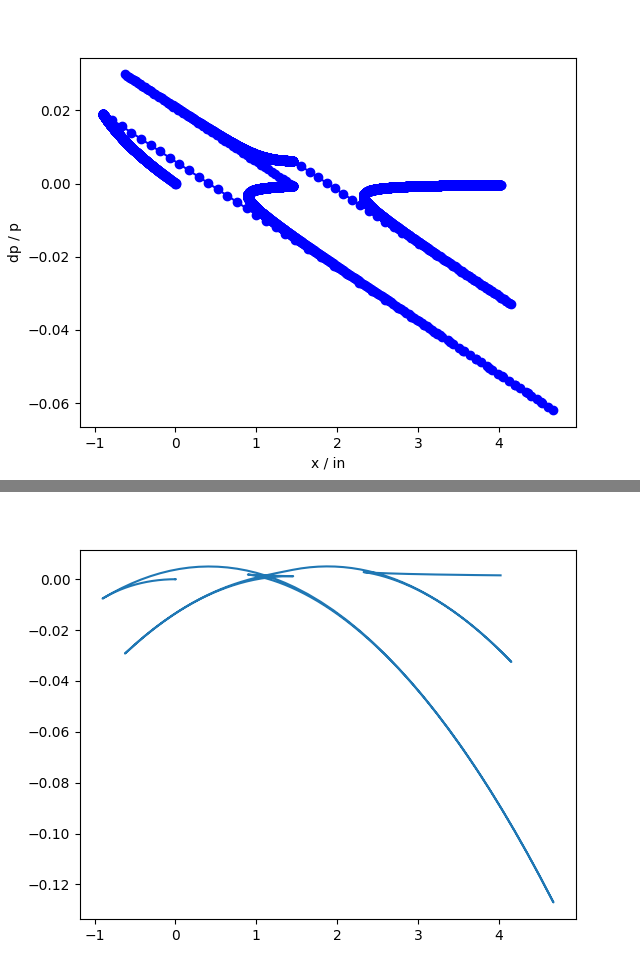
Repository: leiradom/Modified-linear-theory
Script's output: python 3_Shock_correction.py
An editor plug-in stored every save of this project. The script's output is shown before and after the next save, followed by the edit.
Each picture stacks the figures in order, with grey between them; figures that are only written to a file come last. Random numbers start from a fixed seed.

Above is the script's output before, as saved 2021-05-04 15:24:16.

### 3_Shock_correction.py
'''
激波修正
本程序用于修正激波的非线性扭曲效应，修正方法为HB方法
'''

import math
import numpy as np
import matplotlib.pyplot as plt

pressure = np.loadtxt("pressuremodel14.txt",dtype=np.float64)   #存放未修正的压力信号
a = len(pressure)                                              #未加点时的点数

X = np.ones(a,dtype=np.float64)     #存放x的数组 用于加点用的横坐标数组
Y = np.ones(a,dtype=np.float64)     #存放y的数组 用于加点用的纵坐标数组
X1 = np.zeros(1,dtype=np.float64)
Y1 = np.zeros(1,dtype=np.float64)
b0 = 20                             #每一个 较大的距离之间增加的点数
x0 = np.zeros(b0+1,dtype=np.float64)
y0 = np.zeros(b0+1,dtype=np.float64)

#先将未修正压力信号存入X,Y中
for i in range(0,a):
    c = pressure[i][0]
    d = pressure[i][1]
    #ca = cau[i][1]
    X[i] = c
    Y[i] = d
'''
#没问题
X0 = X
Y0 = Y
'''

#------------1先找出第一个强间断的地方,已经核实，l0没有问题
for i0 in range(0,a-1):
    if(math.sqrt((X[i0+1] - X[i0])**2 + (Y[i0+1] - Y[i0])**2) >0.3):   #1.3
    #if((X[i+1] - X[i]) * (Y[i+1] - Y[i])):
        #px = i0                            #记录此时的i
        #print(px,X[i0])
        l00 = math.sqrt((X[i0+1] - X[i0])**2 + (Y[i0+1] - Y[i0])**2)
        l0 = l00 / 20                     #判断是否要插值的距离 只要大于20倍的最大距离，就要增加点数
        #h0 = ((X[i0+1] - X[i0])/(b0))
        #k0 = ((Y[i0+1] - Y[i0])/(X[i0+1] - X[i0]))  #两点间的斜率
        '''
        #x0[0] = X[i0]
        #y0[0] = Y[i0]
        for j in range(1,b0):
            x0[j] = x0[j-1] + h0
            y0[j] = y0[j-1] + k0 * (x0[j] - x0[j-1])
            print(x0[j],y0[j])
        for k in range(1,b0):
            X = np.insert(X,i0+k,x0[k])
            Y = np.insert(Y,i0+k,y0[k])
        #print(Y[i0]+k0*h0)
        '''
        break
#------------print(l00) #检验是不是，验证了，就是

#print(l0)


#2---------------------给距离较大的地方都进行加点
for i in range(0,a-1):
    #li = math.sqrt((X[i+1] - X[i])**2 + (Y[i+1] - Y[i])**2)
    k0 = ((Y[i+1] - Y[i])/(X[i+1] - X[i]))  #两点间的斜率
    h0 = ((X[i+1] - X[i])/(b0))   #每一个都离散成b个点
    x0[0] = X[i]
    X1 = np.append(X1,x0[0])
    y0[0] = Y[i]
    Y1 = np.append(Y1,y0[0])
    for j in range(1,b0):
        x0[j] = x0[j-1] + h0
        X1 = np.append(X1,x0[j])
        y0[j] = y0[j-1] + k0 * (x0[j] - x0[j-1])
        Y1 = np.append(Y1,y0[j])
    #X1 = np.append(X1,x0)
    #Y1 = np.append(Y1,y0)
    #print(a)
    #p0 = i

a0 = (len(X1))

#-------积分部分----------
F = np.ones(a0, dtype=np.float64)
F[0] = 0
F[a-1] = 0
s = 0
for i in range(0,a0-1):
    #if(X[i+1]>X[i]):
    s0 = 0.5 * (X1[i+1] - X1[i]) * (Y1[i+1] + Y1[i])
    #s0 = (((Y0[j+1] + Y0[j]) * (X[j + 1] - X[j])) / (2))    #第(j+1)个梯形的面积
    s = s0 + s    #S为最后的积分
    F[i+1] = s    #是i+1不是i
    #print(X[i],Y[i])
    #if(X[i+1]<X[i])
#------积分部分-----------

#-------输出加点效果----------
print("加点前点数：",len(pressure),"加点后点数：",len(X))
#plt.scatter(X0,Y0,c='r')
plt.xlabel("x / in")
plt.ylabel("dp / p")
plt.plot(X1,Y1,'-o',c='b')
plt.show()

#--------积分图像作图---------
plt.plot(X1,F)
plt.show()

Loaded but not shown: pressuremodel14.txt (700 lines, source omitted); model1_2.01_h10.txt (698 lines, source omitted)

After the next save:
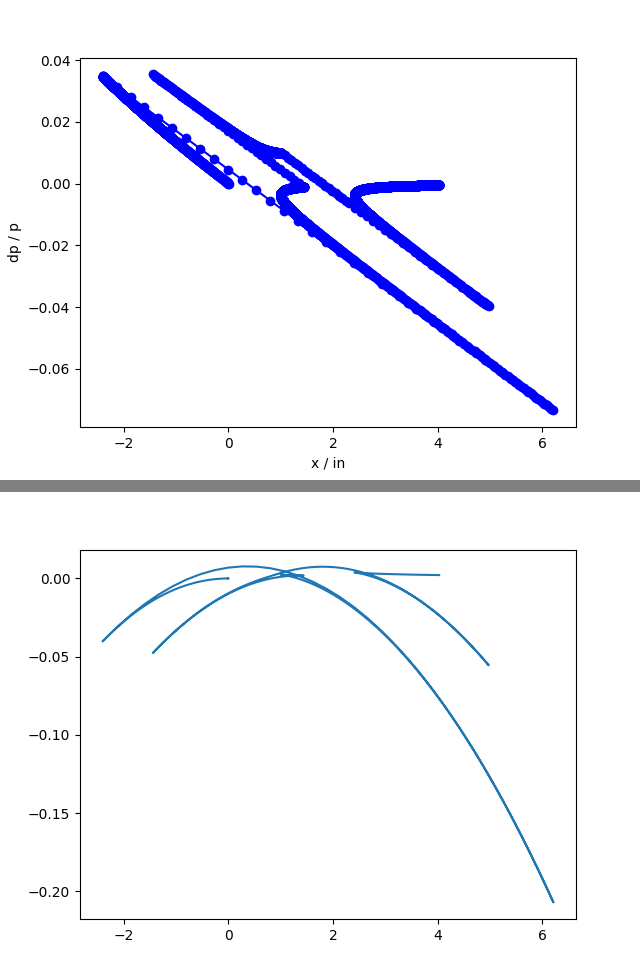
Saved 101 s later.
--- a/3_Shock_correction.py
+++ b/3_Shock_correction.py
@@ -7,7 +7,7 @@ import math
 import numpy as np
 import matplotlib.pyplot as plt
 
-pressure = np.loadtxt("pressuremodel14.txt",dtype=np.float64)   #存放未修正的压力信号
+pressure = np.loadtxt("model1_2.01_h10.txt",dtype=np.float64)   #存放未修正的压力信号
 a = len(pressure)                                              #未加点时的点数
 
 X = np.ones(a,dtype=np.float64)     #存放x的数组 用于加点用的横坐标数组
